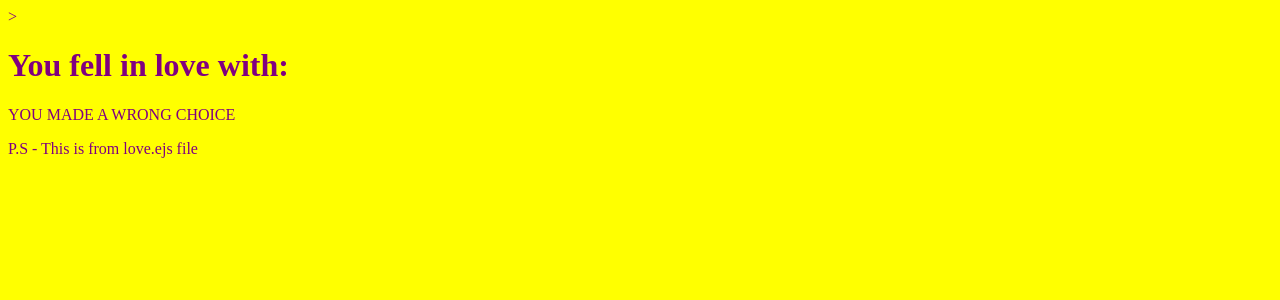
Repository: manojsatya/Web_development
Page: views/love.ejs
An editor plug-in stored every save of this project. The page is shown before and after the next save, followed by the edit.
The browser window is 1280 px wide. The pictures show the whole page.
The page is served by the project's Node server (app.js). The template is opened directly, without the code that normally fills it, so the values that code supplies are empty.

Above is the page before, as saved 2019-06-12 16:57:34.

### bootcamp/EJSDemo/views/love.ejs
<link rel="stylesheet" href="app.css">>

<h1>You fell in love with: <%= thingVar.toUpperCase() %> </h1>

<% if(thingVar.toLowerCase() === "rusty"){%>
    <p>GOOD CHOICE!! RUSTY IS THE BEST</p>
<% }else{ %>
    <p>YOU MADE A WRONG CHOICE</p>
<% } %>

<p>P.S - This is from love.ejs file</p>

### bootcamp/EJSDemo/app.js
var express = require("express");
var app = express();

app.use(express.static("public"));

app.get("/", function(req, res){
    res.render("home.ejs");
});

app.get("/fallinlovewith/:thing", function(req, res){
    var thing = req.params.thing;
    res.render("love.ejs", {thingVar: thing});
});

app.get("/posts", function(req, res){
    var posts = [
        {title : "Post 1", author: "Manoj"},
        {title : "Post 2", author: "Manu"},
        {title : "Post 3", author: "Manojsatya"}
    ]
    res.render("posts.ejs", {posts : posts});
});

app.listen(3000, function(){
    console.log("Server is running");
});

### bootcamp/EJSDemo/public/app.css
body{
    background: yellow;
    color: purple;
}

After the next save:
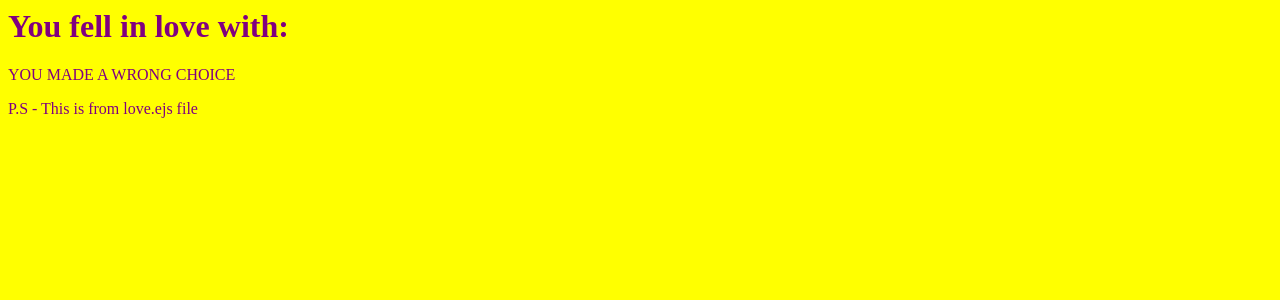
Saved 28 s later.
--- a/bootcamp/EJSDemo/views/love.ejs
+++ b/bootcamp/EJSDemo/views/love.ejs
@@ -1,4 +1,4 @@
-<link rel="stylesheet" href="app.css">>
+<link rel="stylesheet" href="app.css">
 
 <h1>You fell in love with: <%= thingVar.toUpperCase() %> </h1>
 
